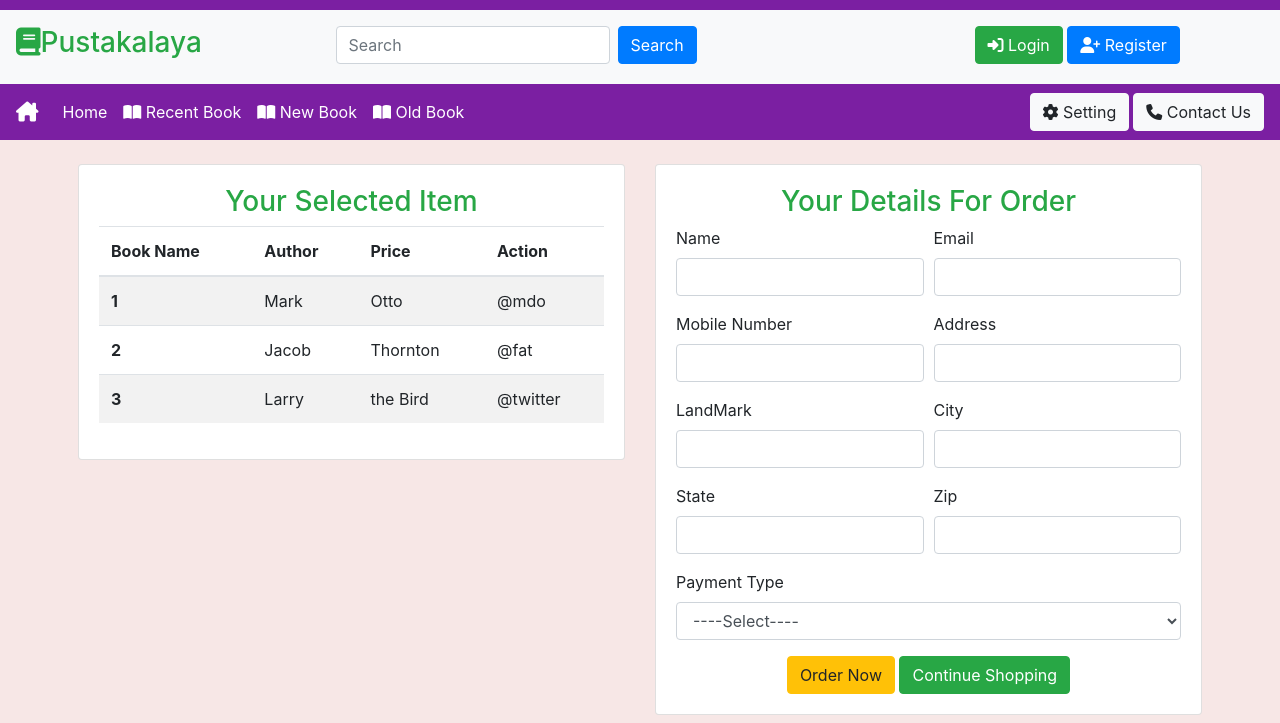
Repository: kalaprabhakar/Pustakalay_Web_Application
Page: http://localhost/E_Book_Management/checkout.jsp
These files come from the project's save history. The page is drawn as it stood at one moment and after the next save; the edit follows.
The browser window is 1280 px wide. The pictures show the whole page.
Some web libraries are served in a nearby version. The page is served by Tomcat 10. Other server files are loaded and not shown.

Above is the page before, as saved 2024-02-25 15:25:47.

### E_Book_Management/src/main/webapp/checkout.jsp
<%@ page language="java" contentType="text/html; charset=ISO-8859-1"
	pageEncoding="ISO-8859-1"%>
<!DOCTYPE html>
<html>
<head>
<meta charset="ISO-8859-1">
<title>Cart Page</title>
<%@ include file="all_component/allcss.jsp"%>
</head>
<body style="background-color: #f7e7e6">
	<%@ include file="all_component/navbar.jsp"%>
	<div class="container mt-3 p-2">
		<div class="row">
			<div class="col-md-6">

				<div class="card">
					<div class="card-body">
						<h3 class="text-center text-success">Your Selected Item</h3>

						<table class="table table-striped">
							<thead>
								<tr>
									<th scope="col">Book Name</th>
									<th scope="col">Author</th>
									<th scope="col">Price</th>
									<th scope="col">Action</th>
								</tr>
							</thead>
							<tbody>
								<tr>
									<th scope="row">1</th>
									<td>Mark</td>
									<td>Otto</td>
									<td>@mdo</td>
								</tr>
								<tr>
									<th scope="row">2</th>
									<td>Jacob</td>
									<td>Thornton</td>
									<td>@fat</td>
								</tr>
								<tr>
									<th scope="row">3</th>
									<td>Larry</td>
									<td>the Bird</td>
									<td>@twitter</td>
								</tr>
							</tbody>
						</table>
					</div>
				</div>

			</div>

			<div class="col-md-6">
				<div class="card">
					<div class="card-body">
						<h3 class="text-center text-success">Your Details For Order</h3>
						<form>

							<div class="form-row">
								<div class="form-group col-md-6">
									<label for="inputEmail4">Name</label> <input type="text"
										class="form-control" id="inputEmail4" value="">
								</div>
								<div class="form-group col-md-6">
									<label for="inputPassword4">Email</label> <input type="email"
										class="form-control" id="inputPassword4" value="">
								</div>
							</div>
							<div class="form-row">
								<div class="form-group col-md-6">
									<label for="inputEmail4">Mobile Number</label> <input
										type="number" class="form-control" id="inputEmail4" value="">
								</div>
								<div class="form-group col-md-6">
									<label for="inputPassword4">Address</label> <input type="text"
										class="form-control" id="inputPassword4">
								</div>
							</div>
							<div class="form-row">
								<div class="form-group col-md-6">
									<label for="inputEmail4">LandMark</label> <input type="text"
										class="form-control" id="inputEmail4">
								</div>
								<div class="form-group col-md-6">
									<label for="inputPassword4">City</label> <input type="text"
										class="form-control" id="inputPassword4">
								</div>
							</div>
							<div class="form-row">
								<div class="form-group col-md-6">
									<label for="inputEmail4">State</label> <input type="text"
										class="form-control" id="inputEmail4">
								</div>
								<div class="form-group col-md-6">
									<label for="inputPassword4">Zip</label> <input type="number"
										class="form-control" id="inputPassword4">
								</div>
							</div>

							<div class="form-group">
								<label for="exampleFormControlSelect1">Payment Type</label> <select
									class="form-control" id="exampleFormControlSelect1">
									<option>----Select----</option>
									<option>Cash On Delivery</option>

								</select>
							</div>

							<div class="text-center">
							<button class="btn btn-warning">Order Now</button>
							<a href="index.jsp" class="btn btn-success">Continue Shopping</a>
							</div>

						</form >
					</div>

				</div>

			</div>

		</div>

	</div>
</body>
</html>

### E_Book_Management/src/main/webapp/all_component/allcss.jsp
<link rel="stylesheet"
	href="https://cdn.jsdelivr.net/npm/bootstrap@4.0.0/dist/css/bootstrap.min.css"
	integrity="sha384-Gn5384xqQ1aoWXA+058RXPxPg6fy4IWvTNh0E263XmFcJlSAwiGgFAW/dAiS6JXm"
	crossorigin="anonymous">

<script src="https://code.jquery.com/jquery-3.2.1.slim.min.js"
	integrity="sha384-KJ3o2DKtIkvYIK3UENzmM7KCkRr/rE9/Qpg6aAZGJwFDMVNA/GpGFF93hXpG5KkN"
	crossorigin="anonymous"></script>
<script
	src="https://cdn.jsdelivr.net/npm/popper.js@1.12.9/dist/umd/popper.min.js"
	integrity="sha384-ApNbgh9B+Y1QKtv3Rn7W3mgPxhU9K/ScQsAP7hUibX39j7fakFPskvXusvfa0b4Q"
	crossorigin="anonymous"></script>
<script
	src="https://cdn.jsdelivr.net/npm/bootstrap@4.0.0/dist/js/bootstrap.min.js"
	integrity="sha384-JZR6Spejh4U02d8jOt6vLEHfe/JQGiRRSQQxSfFWpi1MquVdAyjUar5+76PVCmYl"
	crossorigin="anonymous"></script>
<link rel="stylesheet"
	href="https://cdnjs.cloudflare.com/ajax/libs/font-awesome/6.5.1/css/all.min.css"
	integrity="sha512-DTOQO9RWCH3ppGqcWaEA1BIZOC6xxalwEsw9c2QQeAIftl+Vegovlnee1c9QX4TctnWMn13TZye+giMm8e2LwA=="
	crossorigin="anonymous" referrerpolicy="no-referrer" />

	<link  rel="stylesheet" href="all_component/style.css"/>

### E_Book_Management/src/main/webapp/all_component/navbar.jsp
<%@ taglib prefix="c" uri="http://java.sun.com/jsp/jstl/core"%>
<%@ page isELIgnored="false" %>

<div class="container-fluid" style="height : 10px ; background-color:  #7B1FA2 "></div>

<div class="container-fluid p-3 bg-light">
 <div class="row">
     <div class="col-md-3 text-success">
        <h3 > <i class="fa-solid fa-book"></i>Pustakalaya</h3>
     </div>
    <div class="col-md-6">
       <form class="form-inline my-2 my-lg-0">
      <input class="form-control mr-sm-2" type="search" placeholder="Search" aria-label="Search">
      <button class="btn btn-primary my-2 my-sm-0" type="submit">Search</button>
    </form>

    </div>
    <c:if test="${not empty userobj }">
    <div class="col-md-3">

    <a href="checkout.jsp" class="btn btn-ligh"><i class="fa-solid fa-cart-shopping  "></i></a>

      <a href="" class="btn btn-success"><i class="fa-solid fa-user-plus"></i>${userobj.name }</a>
      <a href="logout" class="btn btn-primary"><i class="fa-solid fa-right-to-bracket"></i> Logout</a>

    </div>

    </c:if>

    <c:if test="${ empty userobj }">
    <div class="col-md-3">
      <a href="login.jsp" class="btn btn-success"><i class="fa-solid fa-right-to-bracket"></i> Login</a>
      <a href="register.jsp" class="btn btn-primary"><i class="fa-solid fa-user-plus"></i> Register</a>

    </div>

    </c:if>

 </div>


</div>

<nav class="navbar navbar-expand-lg navbar-dark bg-custom">
  <a class="navbar-brand" href="#"><i class="fa-solid fa-house-chimney"></i></a>
  <button class="navbar-toggler" type="button" data-toggle="collapse" data-target="#navbarSupportedContent" aria-controls="navbarSupportedContent" aria-expanded="false" aria-label="Toggle navigation">
    <span class="navbar-toggler-icon"></span>
  </button>

  <div class="collapse navbar-collapse" id="navbarSupportedContent">
    <ul class="navbar-nav mr-auto">
      <li class="nav-item active">
        <a class="nav-link" href="index.jsp">Home <span class="sr-only">(current)</span></a>
      </li>
      <li class="nav-item active">
        <a class="nav-link" href="all_recent_book.jsp"> <i class="fa-solid fa-book-open"></i> Recent Book</a>
      </li>
      <li class="nav-item active">
        <a class="nav-link" href="all_new_book.jsp"> <i class="fa-solid fa-book-open"></i> New Book</a>
      </li>

      </li>
      <li class="nav-item active">
        <a class="nav-link disabled" href="all_old_book.jsp"> <i class="fa-solid fa-book-open"></i> Old Book</a>
      </li>
    </ul>
    <form class="form-inline my-2 my-lg-0">
      <button class="btn btn-light my-2 my-sm-0" type="submit"><i class="fa-solid fa-gear"></i> Setting</button>
      <button class="btn btn-light my-2 my-sm-0 ml-1" type="submit"><i class="fa-solid fa-phone"></i> Contact Us</button>
    </form>
  </div>
</nav>

### E_Book_Management/src/main/webapp/all_component/style.css
.bg-custom {
	background-color : #7B1FA2 ;
}

.navbar .nav-item:hover .nav-link{

	background-color: white;
	color : black;
	border-radius : 20px ;
}

After the next save:
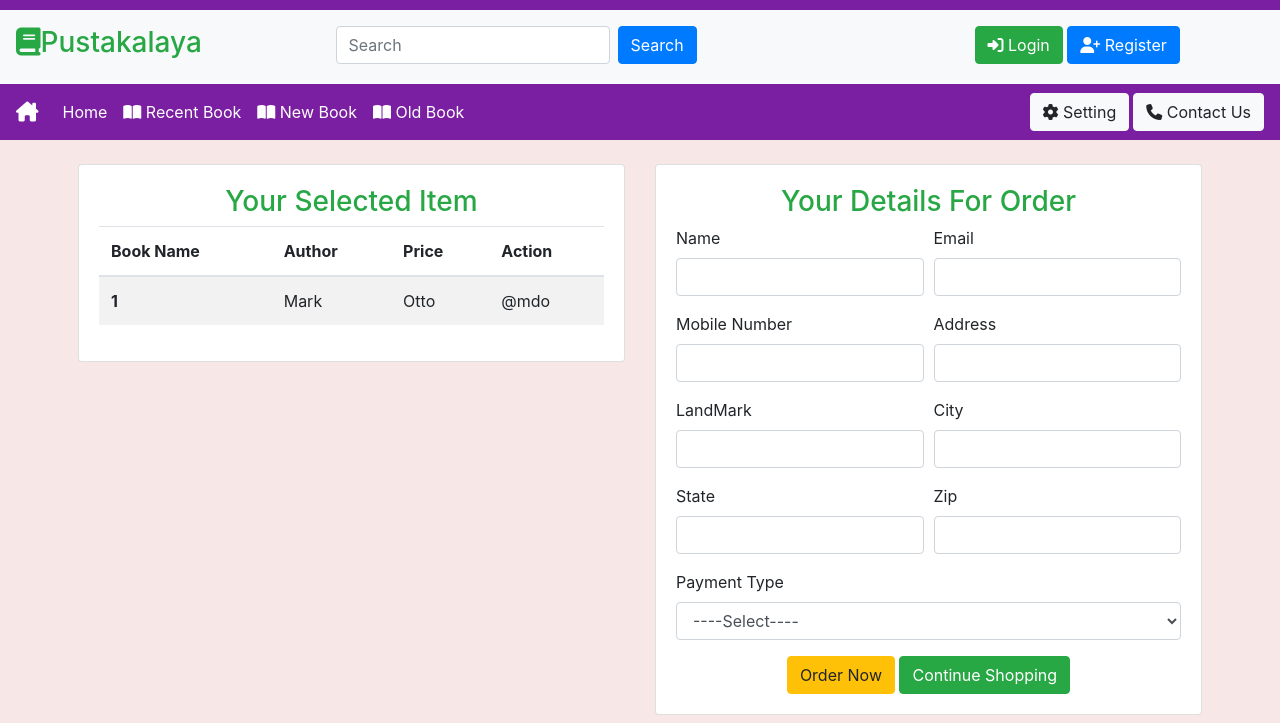
Saved 31 s later.
--- a/E_Book_Management/src/main/webapp/checkout.jsp
+++ b/E_Book_Management/src/main/webapp/checkout.jsp
@@ -1,5 +1,7 @@
 <%@ page language="java" contentType="text/html; charset=ISO-8859-1"
 	pageEncoding="ISO-8859-1"%>
+	<%@ taglib prefix="c" uri="http://java.sun.com/jsp/jstl/core"%>
+<%@ page isELIgnored="false" %>
 <!DOCTYPE html>
 <html>
 <head>
@@ -32,18 +34,6 @@
 									<td>Mark</td>
 									<td>Otto</td>
 									<td>@mdo</td>
-								</tr>
-								<tr>
-									<th scope="row">2</th>
-									<td>Jacob</td>
-									<td>Thornton</td>
-									<td>@fat</td>
-								</tr>
-								<tr>
-									<th scope="row">3</th>
-									<td>Larry</td>
-									<td>the Bird</td>
-									<td>@twitter</td>
 								</tr>
 							</tbody>
 						</table>
